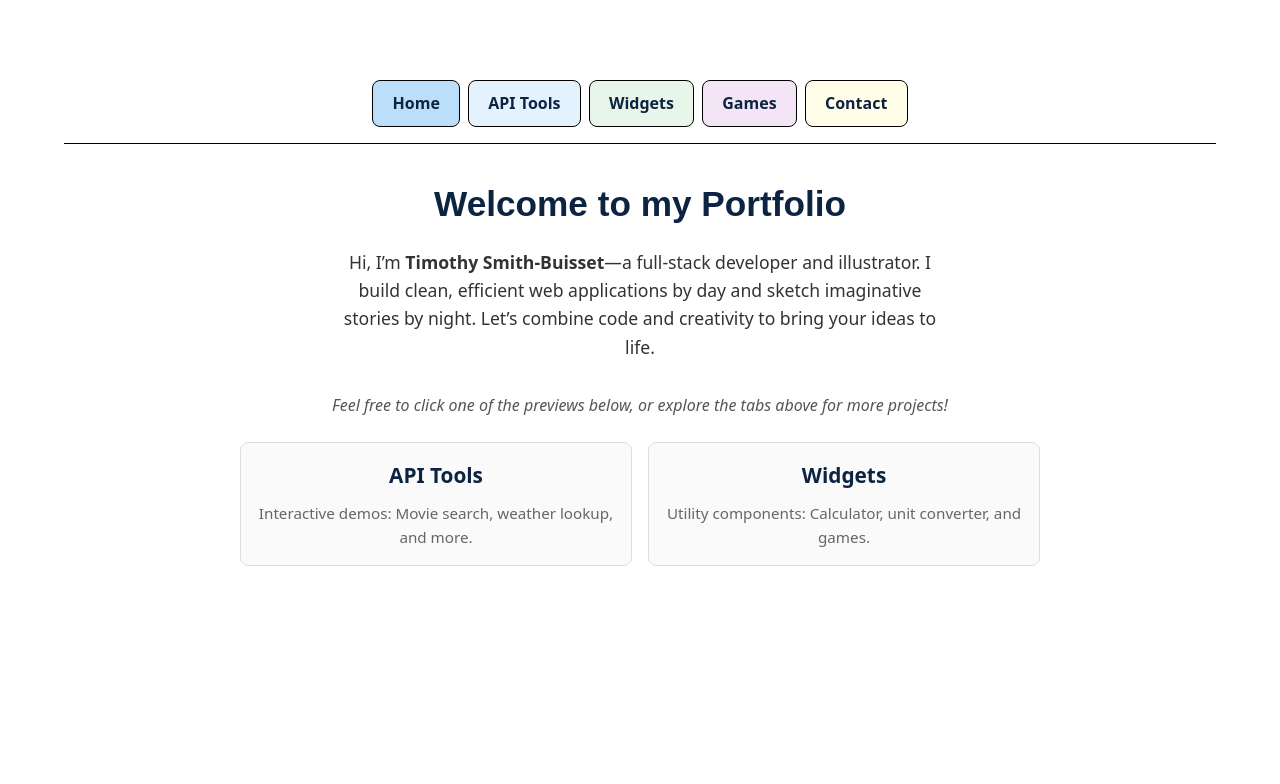
Repository: ourshadetree/TimPortfolio
Page: /
These files come from the project's save history. The page is drawn as it stood at one moment and after the next save; the edit follows.
The browser window is 1280 px wide. The pictures show the whole page.
The project was rebuilt for these pictures with package versions that can differ from the ones it lists, and the page was loaded fresh each time. Also part of the build but not shown: vite.config.js, src/components/MovieApi.vue, src/components/WeatherApi.vue, src/views/ApiTools.vue, src/components/Calculator.vue, src/components/UnitConverter.vue, src/views/Widgets.vue, src/components/RockPaperScissors.vue and 3 more. Imported but missing from the stored project, and not drawn on this page: src/assets/CurrentResumeTimSB.pdf.

Above is the page before, as saved 2025-05-07 14:56:06.

After the next save:
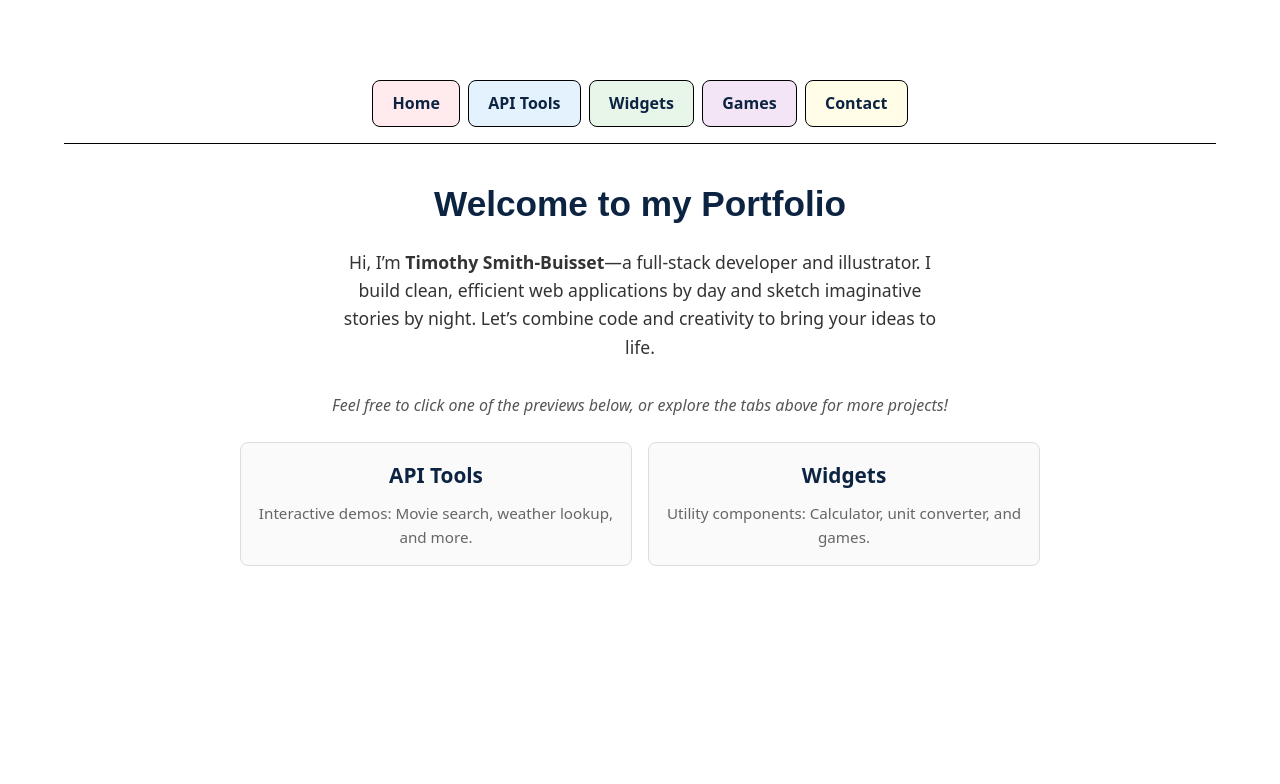
Saved 33 s later.
--- a/src/App.vue
+++ b/src/App.vue
@@ -70,11 +70,6 @@ nav a {
   font-weight: bold;
 }
 
-/* Highlight only exact-active links */
-nav a.router-link-active {
-  background: #BBDEFB !important;
-}
-
 /* base tab style */
 .tab {
   padding: 0.6rem 1.2rem;
